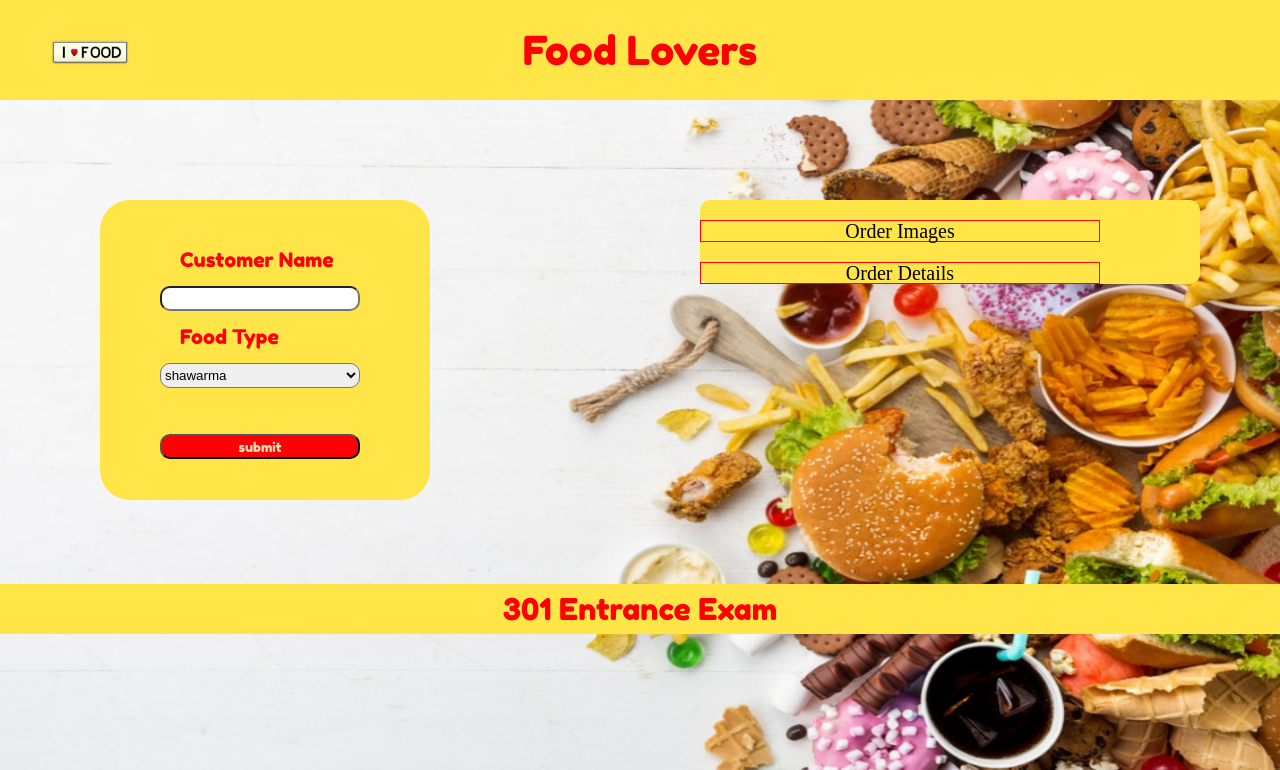
Repository: Razan-am/foodLovers
Page: index.html
These files come from the project's save history. The page is drawn as it stood at one moment and after the next save; the edit follows.
The browser window is 1280 px wide. The pictures show the whole page.

Above is the page before, as saved 2021-06-01 11:40:54.

After the next save:
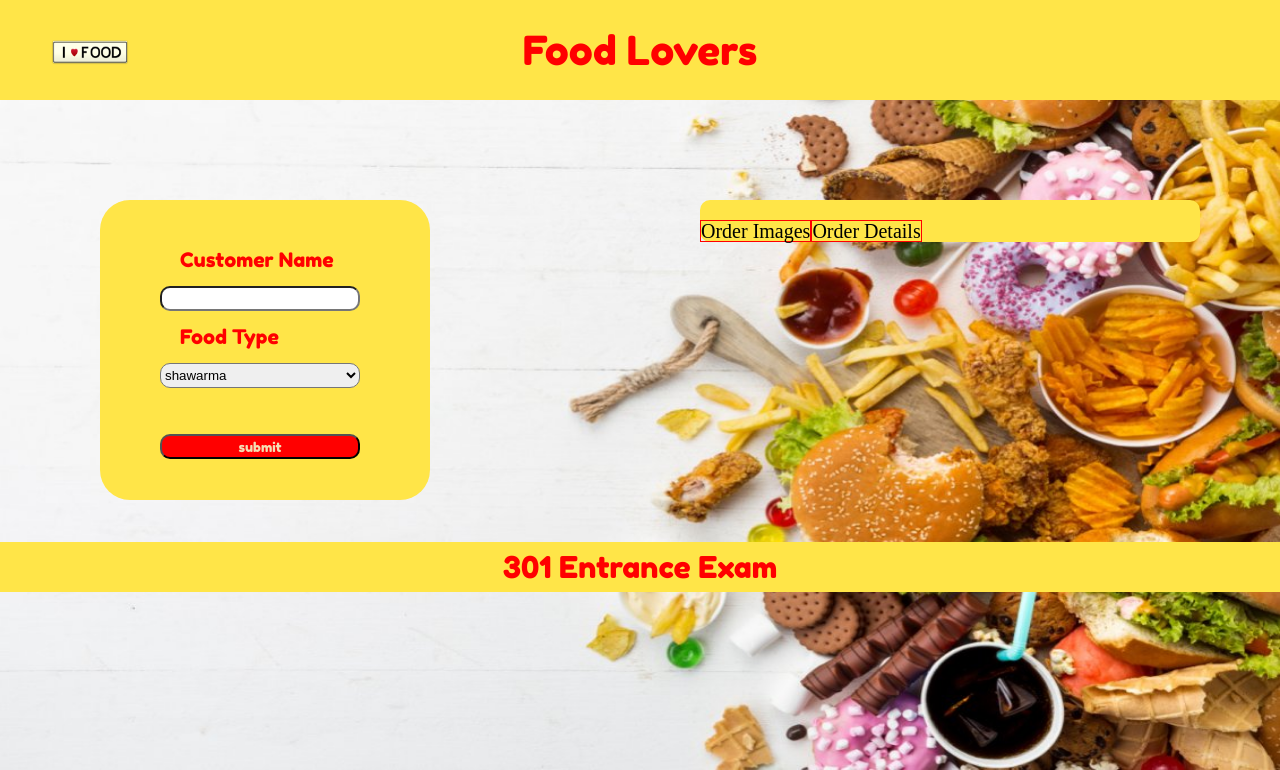
Saved 4 s later.
--- a/css/style.css
+++ b/css/style.css
@@ -83,7 +83,7 @@
     border: 1px solid red;
     font-size: 20px;
     text-align: center;
-    width: 400px;
+    /* width: 400px; */
 
 }
 table td{

After the 2 saves that followed:
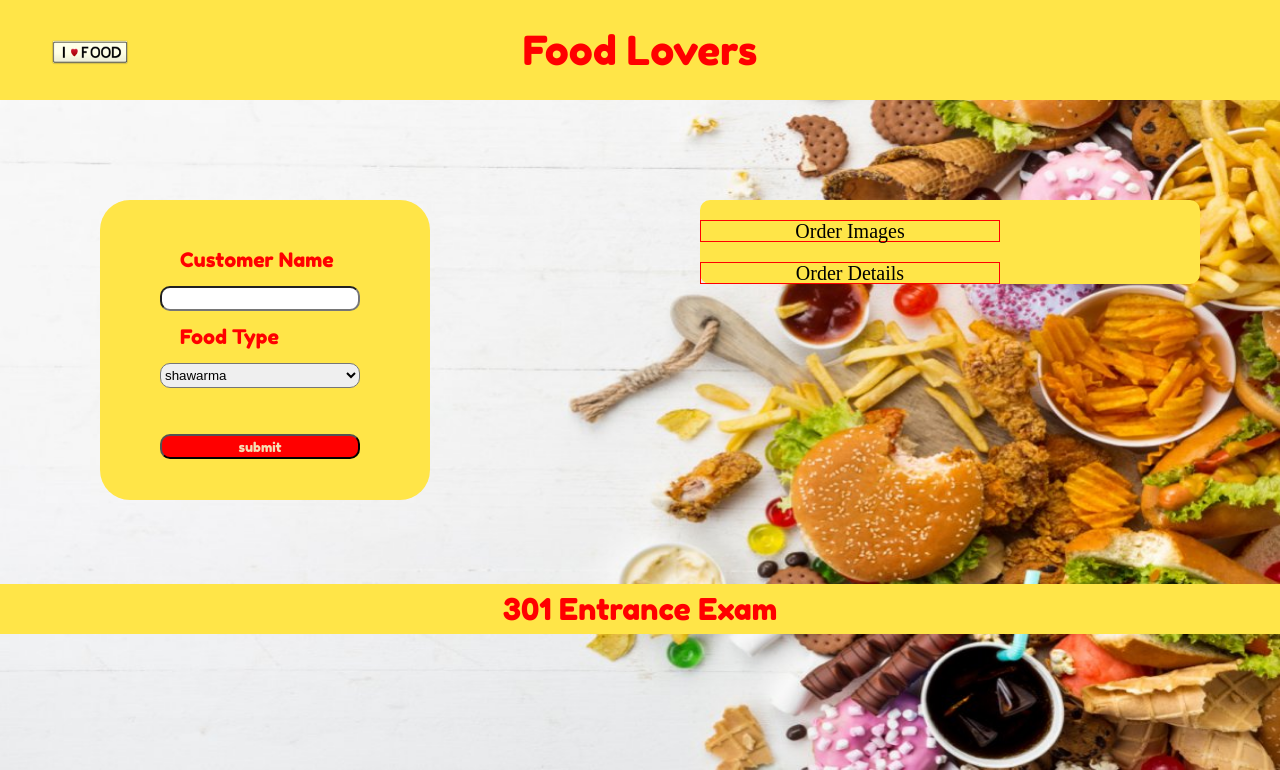
The 2 saves are shown as one change because they came seconds apart.
The last was saved 11 s later.
--- a/css/style.css
+++ b/css/style.css
@@ -83,7 +83,7 @@
     border: 1px solid red;
     font-size: 20px;
     text-align: center;
-    /* width: 400px; */
+    width: 300px;
 
 }
 table td{
